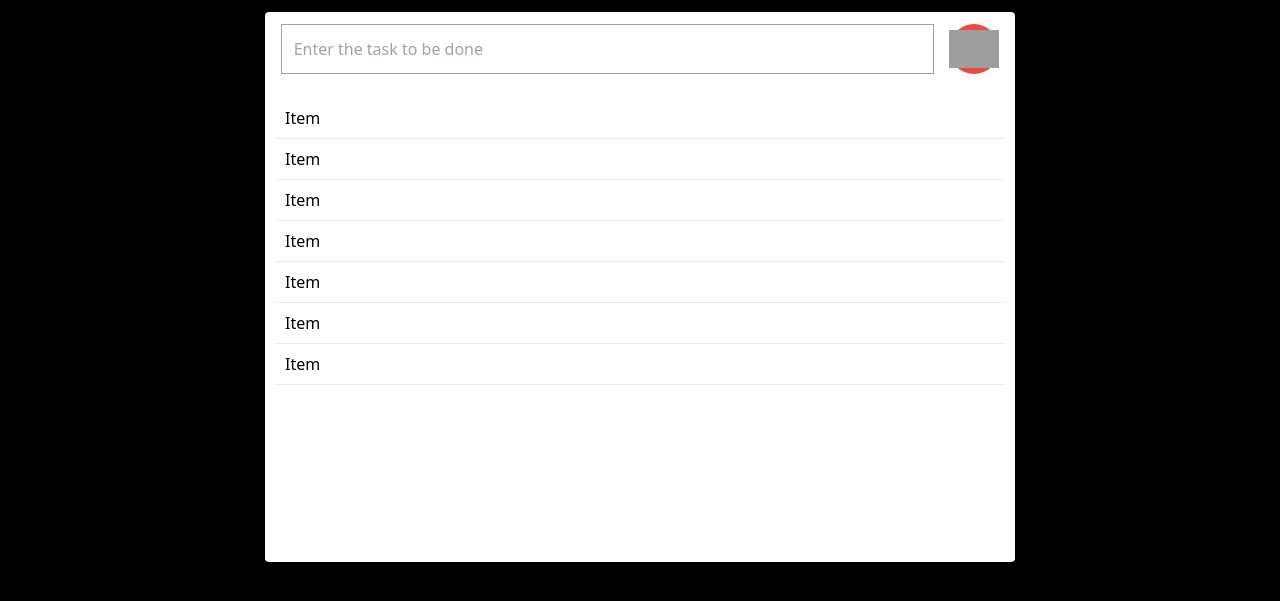
Repository: duttasayan835/todo-app-with-React-and-tailwind-CSS
Page: /
An editor plug-in stored every save of this project. The page is shown before and after the next save, followed by the edit.
The browser window is 1280 px wide. The pictures show the whole page.
Pictures or frames that could not be fetched are drawn as grey boxes. The project was rebuilt for these pictures with package versions that can differ from the ones it lists, and the page was loaded fresh each time.

Above is the page before, as saved 2024-06-12 11:10:20.

After the next save:
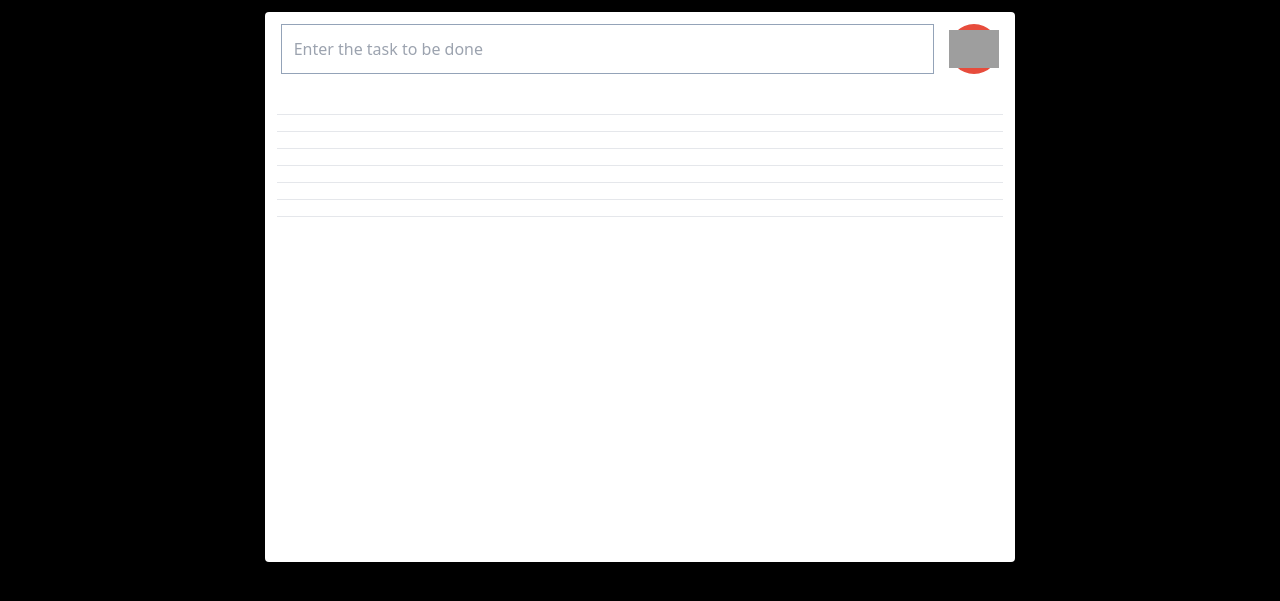
Saved 49 s later.
--- a/src/Components/Item.jsx
+++ b/src/Components/Item.jsx
@@ -1,5 +1,10 @@
 import React from "react";
 
 export default function Item() {
-  return <div className="w-full p-2 border-b">Item</div>;
+  return (
+    <div className="w-full p-2 border-b">
+      <div></div>
+      <div></div>
+    </div>
+  );
 }
